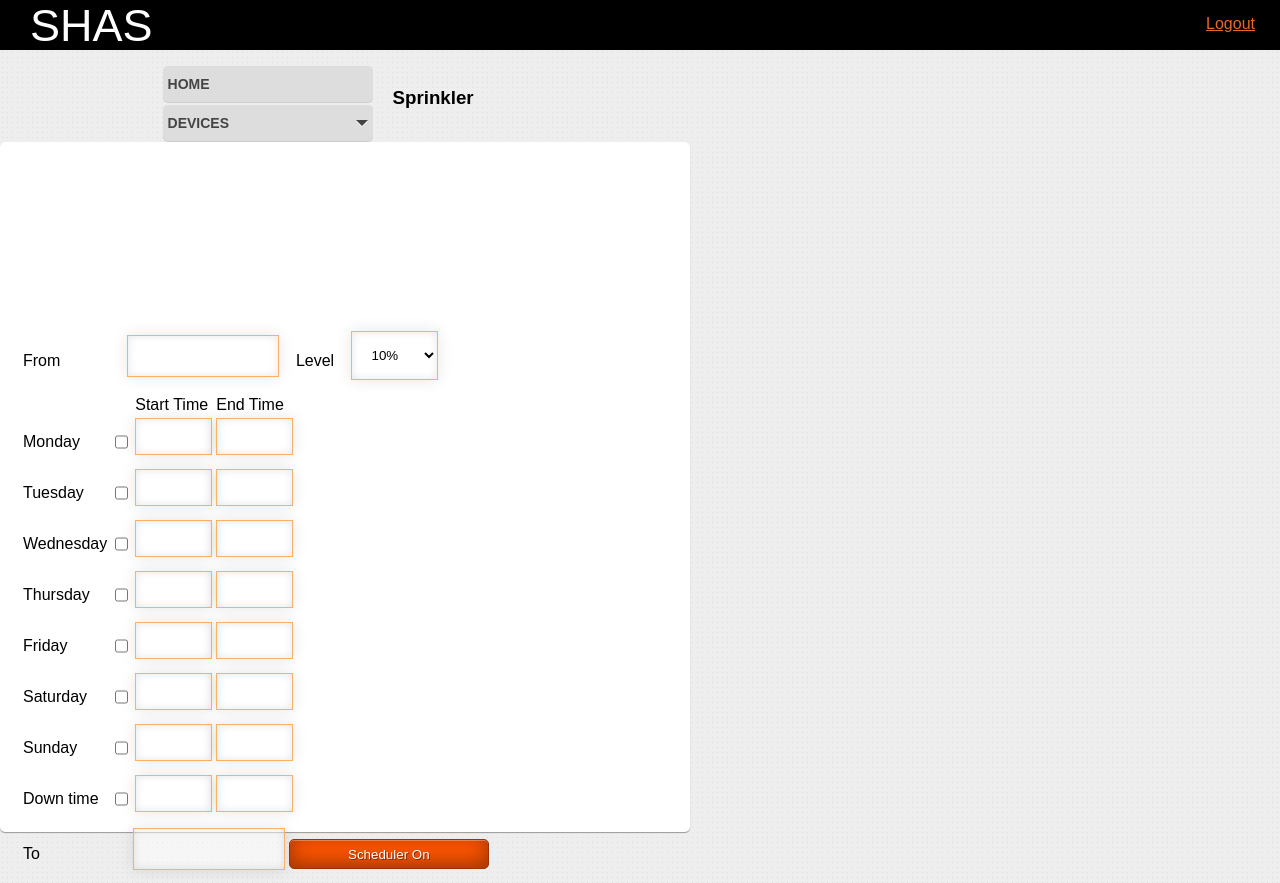
Repository: hassan-stash/shas
Page: http://localhost/SHAS/SprinklerGUI.jsp
The author's editor kept a copy of each file at every save. The page is drawn from the files as they stood at one save, then again after the next save.
The browser window is 1280 px wide. The pictures show the whole page.
The page is served by Tomcat 9. The template is opened directly, without the code that normally fills it, so the values that code supplies are empty.

Above is the page before, as saved 2013-04-06 23:39:42.
Console error: ReferenceError: initMenu is not defined

After the next save:
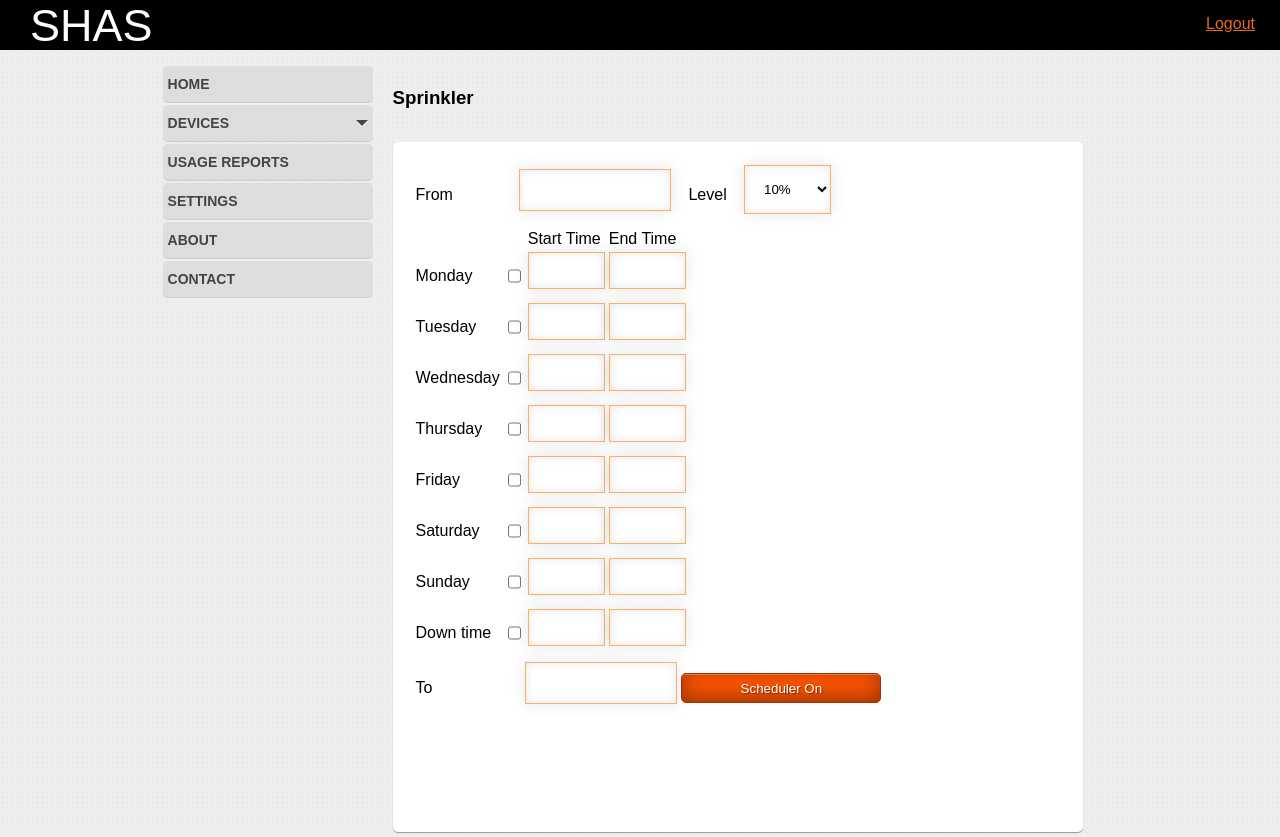
Saved 77 s later.
--- a/SHAS/WebContent/SprinklerGUI.jsp
+++ b/SHAS/WebContent/SprinklerGUI.jsp
@@ -215,7 +215,10 @@
 </nav>
 </aside>
 
+
+<div id="content">
 <form name="sprinklerform" action="SprinklerServlet" method="post"><br>
+
 
 <%
 	System.out.println("in scripletttttttttttttttttt");
@@ -585,7 +588,7 @@
 </article>
 
 </div>
-
+</div>
 </form>
 </body>
 </html>
